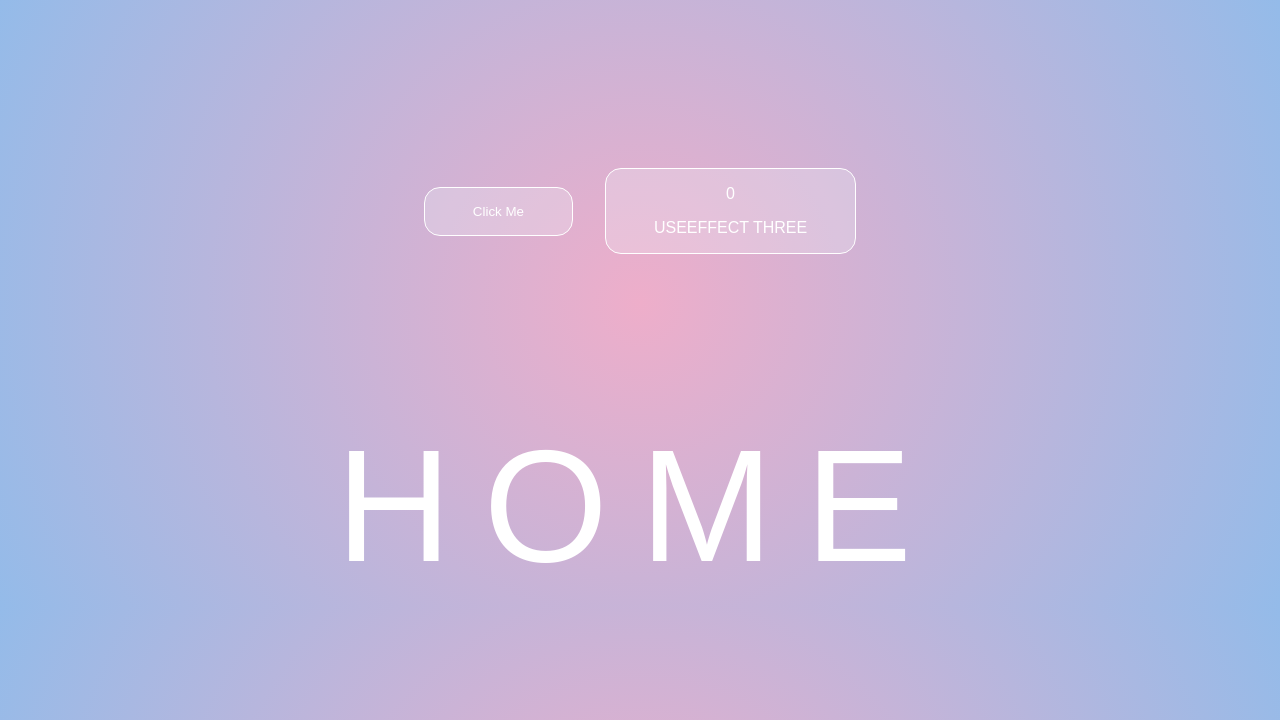
Repository: juliet-jskim/week-8-useEffect-carousel
Page: /useEffectThree
The author's editor kept a copy of each file at every save. The page is drawn from the files as they stood at one save, then again after the next save.
The browser window is 1280 px wide. The pictures show the whole page.
The project was rebuilt for these pictures with package versions that can differ from the ones it lists, and the page was loaded fresh each time. The framework's server and built-in components were replaced by stand-ins that run in the browser. Also part of the build but not shown: next.config.js.

Above is the page before, as saved 2023-02-20 23:22:17.

After the next save:
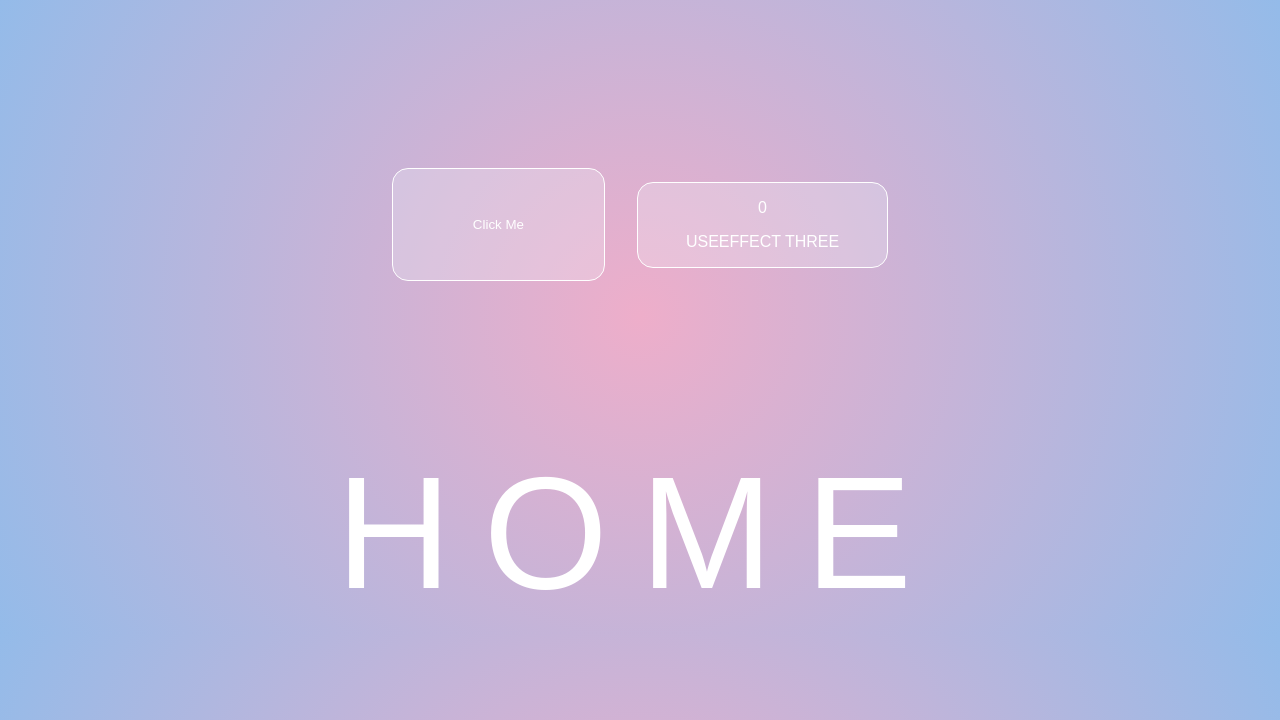
Saved 8 s later.
--- a/styles/UseEffectThree.module.css
+++ b/styles/UseEffectThree.module.css
@@ -29,7 +29,7 @@
 .button{
     background-color: rgba(240, 248, 255, 0.24);
     border: 1px solid white;
-    padding: 1rem 3rem;
+    padding: 3rem 5rem;
 }
 
 .results{
